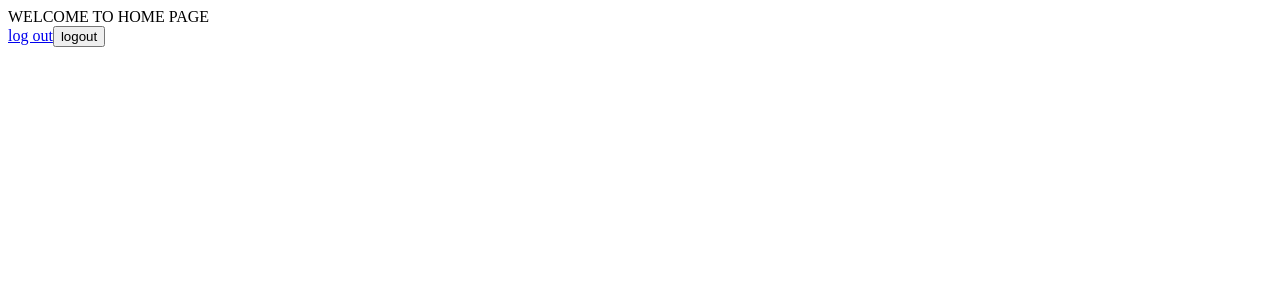
Repository: Tharungandhi/ServeltProject
Page: LginRegistrationApp/WebContent/welcome.html
These files come from the project's save history. The page is drawn as it stood at one moment and after the next save; the edit follows.
The browser window is 1280 px wide. The pictures show the whole page.

Above is the page before, as saved 2019-01-23 05:44:58.

### LginRegistrationApp/WebContent/welcome.html
<!DOCTYPE html>
<html>
<head>
<meta charset="UTF-8">
<title>logout</title>
</head>
<body>
<form action="welcome" method="post">
WELCOME TO HOME PAGE
<div>
<a href=login.html>log out<input type="submit" value="logout"/>  </a> </div>
</form>
</body>
</html>

After the next save:
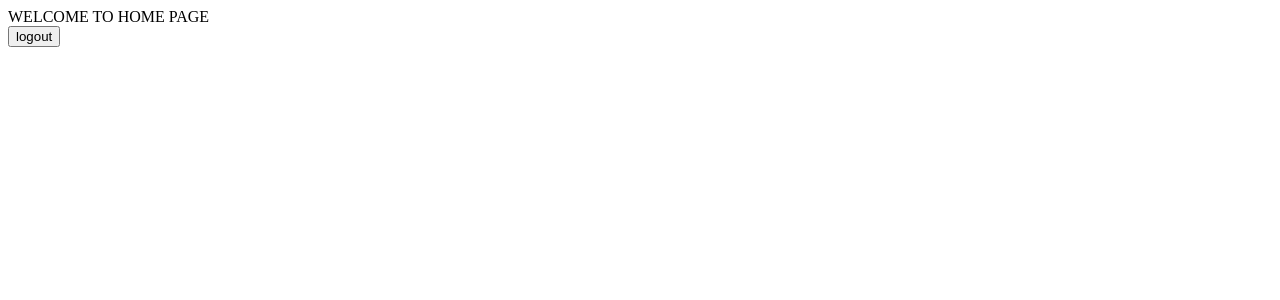
Saved 14 s later.
--- a/LginRegistrationApp/WebContent/welcome.html
+++ b/LginRegistrationApp/WebContent/welcome.html
@@ -8,7 +8,7 @@
 <form action="welcome" method="post">
 WELCOME TO HOME PAGE
 <div>
-<a href=login.html>log out<input type="submit" value="logout"/>  </a> </div>
+<a href=login.html> <input type="submit" value="logout"/>  </a> </div>
 </form>
 </body>
 </html>
